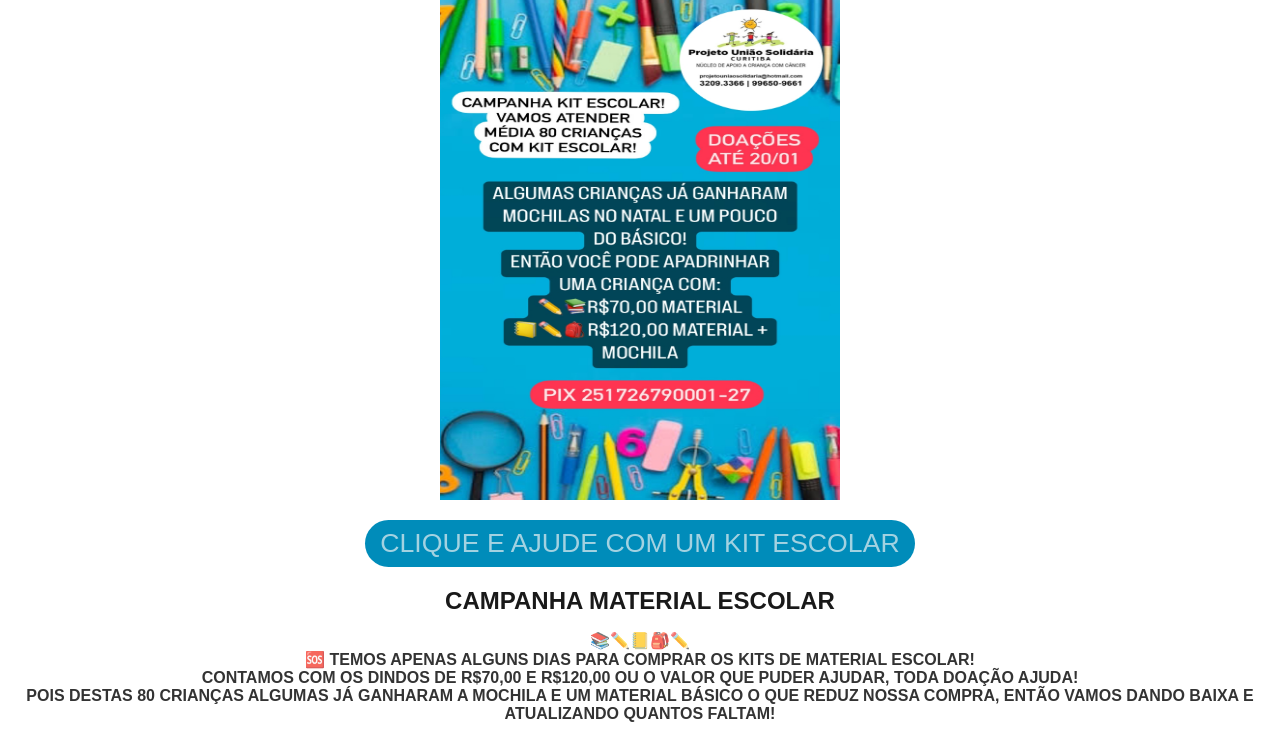
Repository: adrtrvs/qrcodeong
Page: campaign.html
An editor plug-in stored every save of this project. The page is shown before and after the next save, followed by the edit.
The browser window is 1280 px wide. The pictures show the whole page.
Some web fonts or font styles are not loaded; a fallback is used.

Above is the page before, as saved 2023-01-12 12:25:44.

After the next save:
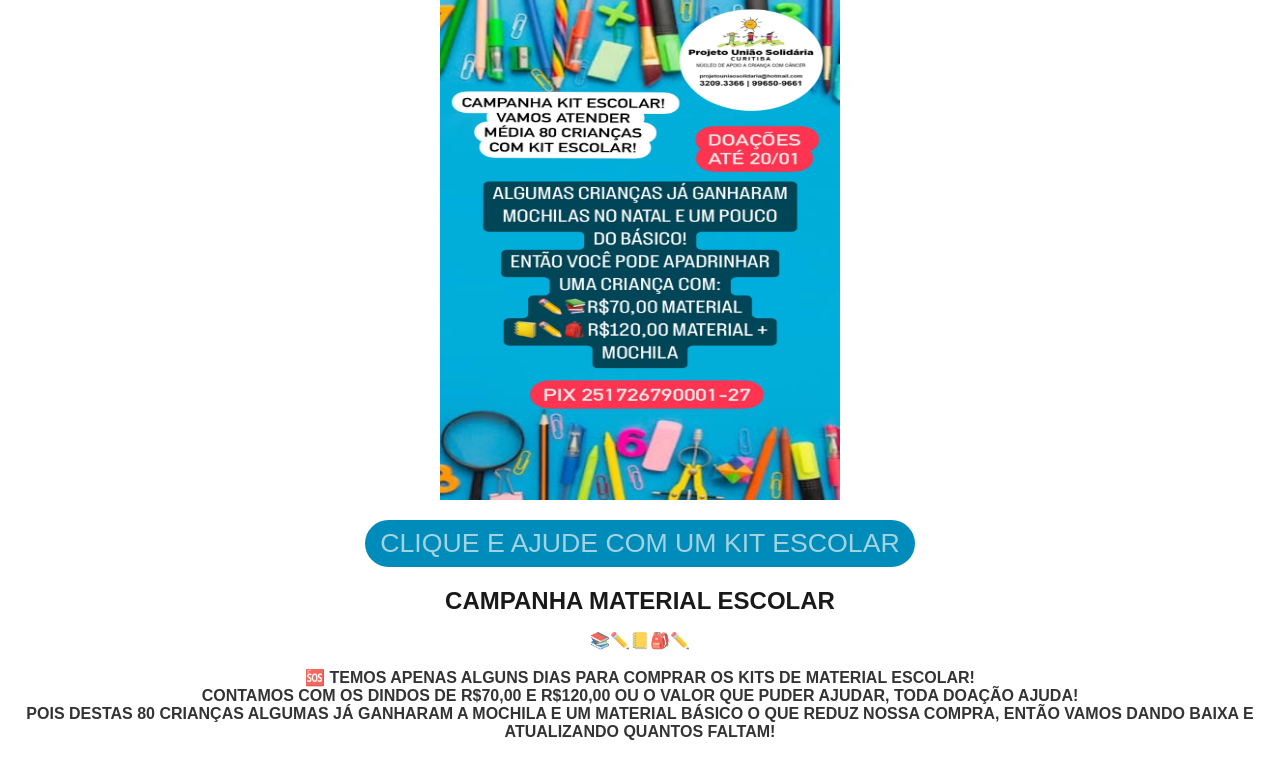
Saved 9 s later.
--- a/campaign.html
+++ b/campaign.html
@@ -28,7 +28,7 @@
     </div>
     <h2 class="titlecampaing">Campanha Material Escolar</h2>
     <h3 class="campaigndescription">
-      📚✏️📒🎒✏️<br>
+      📚✏️📒🎒✏️<br><br>
       🆘 temos apenas alguns dias para comprar os kits de Material escolar!<br>
        Contamos com os Dindos de R$70,00 e R$120,00 ou o valor que puder ajudar, toda doação ajuda!
        <br>Pois destas 80 crianças algumas já ganharam a Mochila e um material básico o que reduz nossa compra, então vamos dando baixa e atualizando quantos faltam!
